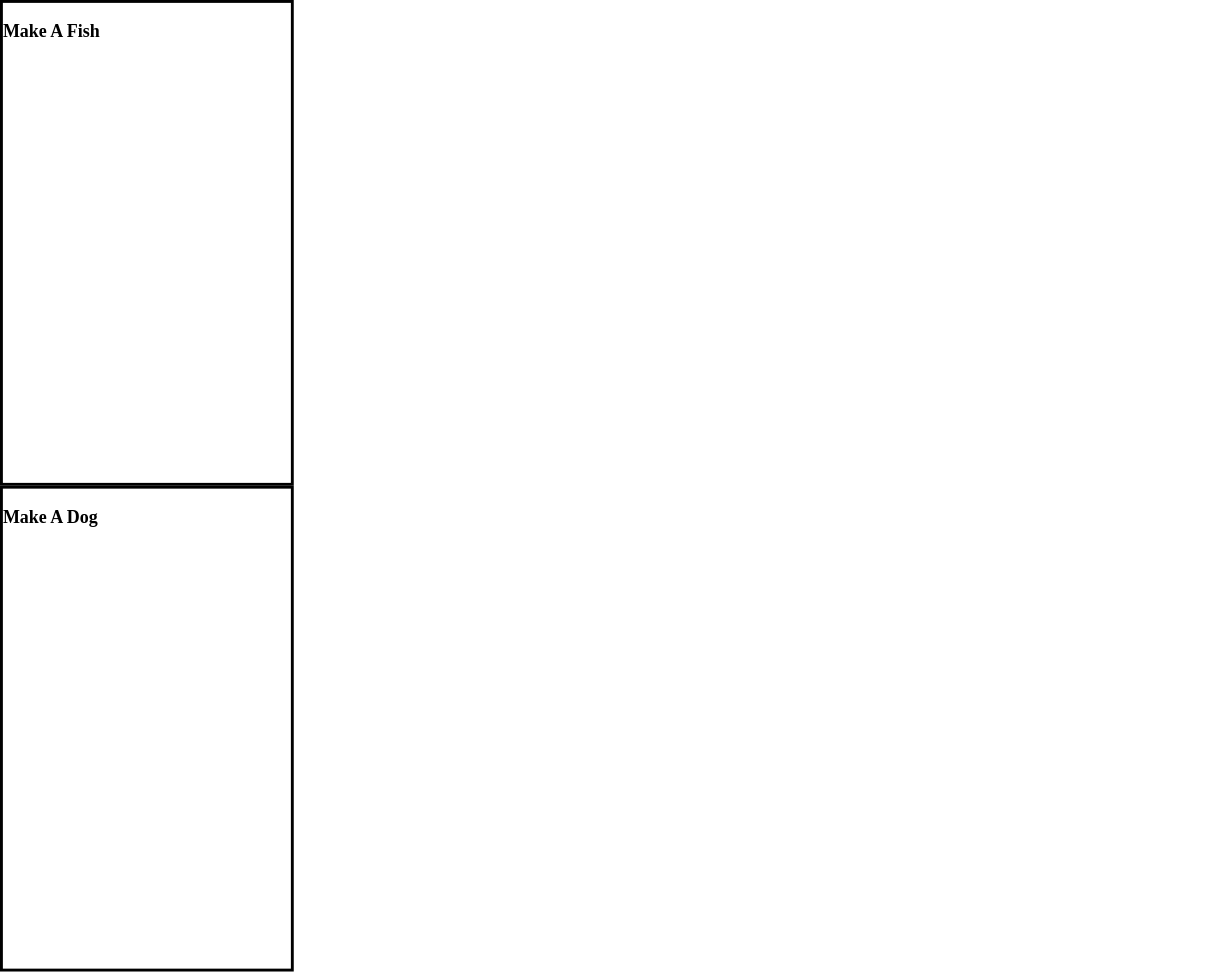
Repository: a-rydzak/Java
Page: http://localhost/Setup/Home
These files come from the project's save history. The page is drawn as it stood at one moment and after the next save; the edit follows.
The browser window is 1280 px wide. The pictures show the whole page, at 96% of full size.
The page is served by Tomcat 9.

Above is the page before, as saved 2019-07-11 14:22:50.

After the next save:
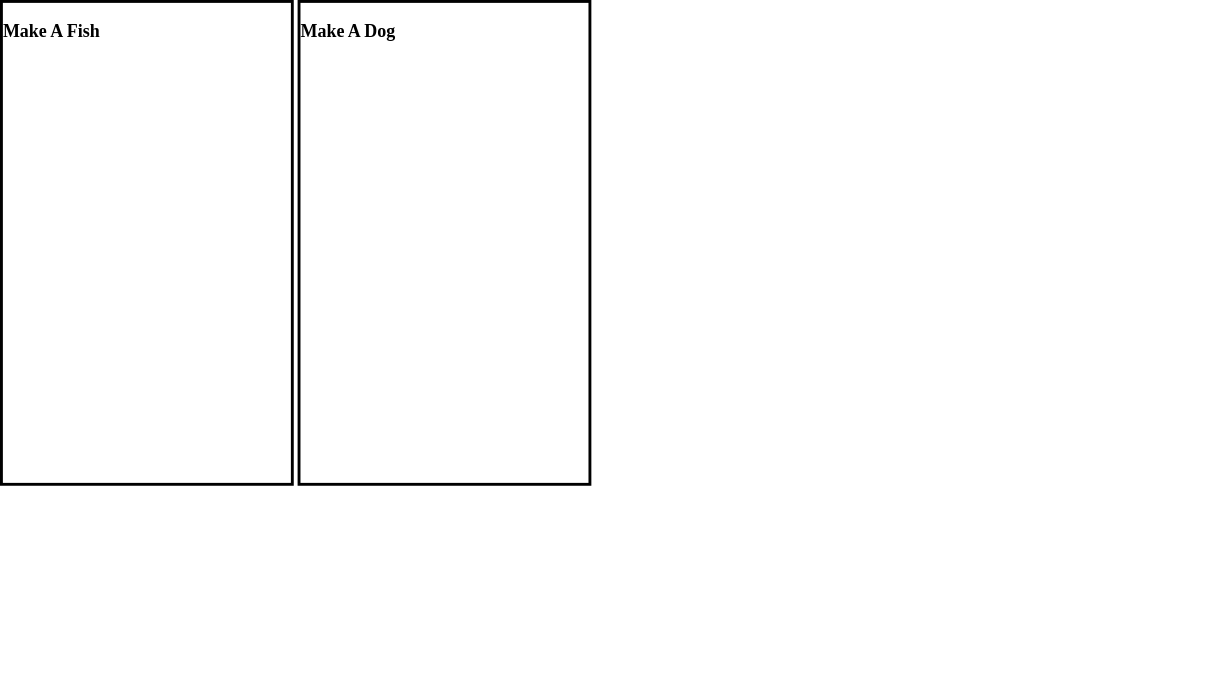
Saved 26 s later.
--- a/Java MVC/Pets/Setup/WebContent/WEB-INF/css/Home.css
+++ b/Java MVC/Pets/Setup/WebContent/WEB-INF/css/Home.css
@@ -15,6 +15,6 @@ body, #container, .petForm{
 	width:300px;
 	border-style:solid;
 	border-color:black;
-	display:table;
+
 
 }
